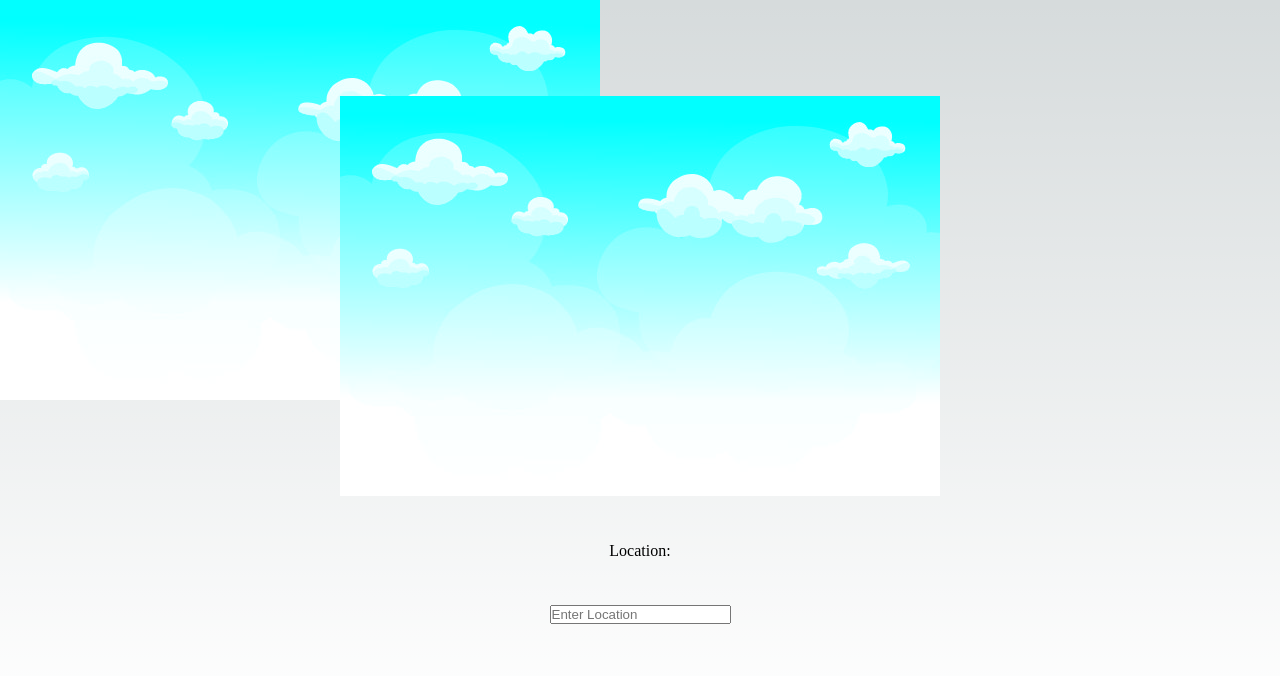
Repository: shaelorch/weather
Page: /
An editor plug-in stored every save of this project. The page is shown before and after the next save, followed by the edit.
The browser window is 1280 px wide. The pictures show the whole page.
The project was rebuilt for these pictures with package versions that can differ from the ones it lists, and the page was loaded fresh each time. The framework's server and built-in components were replaced by stand-ins that run in the browser. Also part of the build but not shown: next.config.js.

Above is the page before, as saved 2023-01-17 11:45:42.

### pages/index.js
import Head from 'next/head'
import Image from 'next/image'
import { Inter } from '@next/font/google'
import styles from '@/styles/Home.module.css'
import axios from 'axios'
import { useState } from 'react';

const inter = Inter({ subsets: ['latin'] })



export default function Home() {
  const [location, setLocation] = useState('');
  const [data, setData] = useState({});
  const [weather, setWeather] = useState();
  const [errorMessage, setErrorMessage] = useState("");

  var apiKey = "5bb65e5dcdd88d96c09dd61a44557240";
  var lang = "fr";
  var units = "metric";
  const url = `https://api.openweathermap.org/data/2.5/weather?q=${location}&units=${units}&appid=${apiKey}&lang=${lang}`

  const searchLocation = (event) => {
    if(event.key === "Enter") {
      axios.get(url)
      .then((response) => {
        console.clear();
        setData(response.data);
        console.log(response.data);
        setWeather(response.data.weather);
        setErrorMessage("");
      }).catch(err => {
        console.log(err);
        setErrorMessage("Please enter another location");
        setData({});
        setWeather()
      })
      setLocation('')
  }}

  return <main className={styles.main}>

    <img styles={styles.background} src="/clouds.jpg"/>
    <div>
      <p>Location:</p>
      {data.name}
    </div>

    <input
    value={location}
    onChange={event => setLocation(event.target.value)}
    placeholder="Enter Location"
    onKeyDown={searchLocation}
    type="text"
    />

    {
      weather && weather.map((w, index)=> {
        return(
          <div key={index}>
            <div>{w.description}</div>
            <div>{w.main}</div>
            {data.main.temp} &deg;C
            <p>Feels Like:</p>
            {data.main.feels_like} &deg;C
            </div>










        )
      })
    }

  </main>



}

### styles/Home.module.css
.main {
  display: flex;
  flex-direction: column;
  justify-content: space-between;
  align-items: center;
  padding: 6rem;
  min-height: 100vh;
  background-image: url("/clouds.jpg");
  background-repeat: no-repeat;

}


.description {
  display: inherit;
  justify-content: inherit;
  align-items: inherit;
  font-size: 0.85rem;
  max-width: var(--max-width);
  width: 100%;
  z-index: 2;
  font-family: var(--font-mono);
}

.description a {
  display: flex;
  justify-content: center;
  align-items: center;
  gap: 0.5rem;
}

.description p {
  position: relative;
  margin: 0;
  padding: 1rem;
  background-color: rgba(var(--callout-rgb), 0.5);
  border: 1px solid rgba(var(--callout-border-rgb), 0.3);
  border-radius: var(--border-radius);
}

.code {
  font-weight: 700;
  font-family: var(--font-mono);
}

.grid {
  display: grid;
  grid-template-columns: repeat(4, minmax(25%, auto));
  width: var(--max-width);
  max-width: 100%;
}

.card {
  padding: 1rem 1.2rem;
  border-radius: var(--border-radius);
  background: rgba(var(--card-rgb), 0);
  border: 1px solid rgba(var(--card-border-rgb), 0);
  transition: background 200ms, border 200ms;
}

.card span {
  display: inline-block;
  transition: transform 200ms;
}

.card h2 {
  font-weight: 600;
  margin-bottom: 0.7rem;
}

.card p {
  margin: 0;
  opacity: 0.6;
  font-size: 0.9rem;
  line-height: 1.5;
  max-width: 30ch;
}

.center {
  display: flex;
  justify-content: center;
  align-items: center;
  position: relative;
  padding: 4rem 0;
}

.center::before {
  background: var(--secondary-glow);
  border-radius: 50%;
  width: 480px;
  height: 360px;
  margin-left: -400px;
}

.center::after {
  background: var(--primary-glow);
  width: 240px;
  height: 180px;
  z-index: -1;
}

.center::before,
.center::after {
  content: '';
  left: 50%;
  position: absolute;
  filter: blur(45px);
  transform: translateZ(0);
}

.logo,
.thirteen {
  position: relative;
}

.thirteen {
  display: flex;
  justify-content: center;
  align-items: center;
  width: 75px;
  height: 75px;
  padding: 25px 10px;
  margin-left: 16px;
  transform: translateZ(0);
  border-radius: var(--border-radius);
  overflow: hidden;
  box-shadow: 0px 2px 8px -1px #0000001a;
}

.thirteen::before,
.thirteen::after {
  content: '';
  position: absolute;
  z-index: -1;
}

/* Conic Gradient Animation */
.thirteen::before {
  animation: 6s rotate linear infinite;
  width: 200%;
  height: 200%;
  background: var(--tile-border);
}

/* Inner Square */
.thirteen::after {
  inset: 0;
  padding: 1px;
  border-radius: var(--border-radius);
  background: linear-gradient(
    to bottom right,
    rgba(var(--tile-start-rgb), 1),
    rgba(var(--tile-end-rgb), 1)
  );
  background-clip: content-box;
}

/* Enable hover only on non-touch devices */
@media (hover: hover) and (pointer: fine) {
  .card:hover {
    background: rgba(var(--card-rgb), 0.1);
    border: 1px solid rgba(var(--card-border-rgb), 0.15);
  }

  .card:hover span {
    transform: translateX(4px);
  }
}

@media (prefers-reduced-motion) {
  .thirteen::before {
    animation: none;
  }

  .card:hover span {
    transform: none;
  }
}

/* Mobile */
@media (max-width: 700px) {
  .content {
    padding: 4rem;
  }

  .grid {
    grid-template-columns: 1fr;
    margin-bottom: 120px;
    max-width: 320px;
    text-align: center;
  }

  .card {
    padding: 1rem 2.5rem;
  }

  .card h2 {
    margin-bottom: 0.5rem;
  }

  .center {
    padding: 8rem 0 6rem;
  }

  .center::before {
    transform: none;
    height: 300px;
  }

  .description {
    font-size: 0.8rem;
  }

  .description a {
    padding: 1rem;
  }

  .description p,
  .description div {
    display: flex;
    justify-content: center;
    position: fixed;
    width: 100%;
  }

  .description p {
    align-items: center;
    inset: 0 0 auto;
    padding: 2rem 1rem 1.4rem;
    border-radius: 0;
    border: none;
    border-bottom: 1px solid rgba(var(--callout-border-rgb), 0.25);
    background: linear-gradient(
      to bottom,
      rgba(var(--background-start-rgb), 1),
      rgba(var(--callout-rgb), 0.5)
    );
    background-clip: padding-box;
    backdrop-filter: blur(24px);
  }

  .description div {
    align-items: flex-end;
    pointer-events: none;
    inset: auto 0 0;
    padding: 2rem;
    height: 200px;
    background: linear-gradient(
      to bottom,
      transparent 0%,
      rgb(var(--background-end-rgb)) 40%
    );
    z-index: 1;
  }
}

/* Tablet and Smaller Desktop */
@media (min-width: 701px) and (max-width: 1120px) {
  .grid {
    grid-template-columns: repeat(2, 50%);
  }
}

@media (prefers-color-scheme: dark) {
  .vercelLogo {
    filter: invert(1);
  }

  .logo,
  .thirteen img {
    filter: invert(1) drop-shadow(0 0 0.3rem #ffffff70);
  }
}

@keyframes rotate {
  from {
    transform: rotate(360deg);
  }
  to {
    transform: rotate(0deg);
  }
}

Loaded but not shown: pages/_app.js (common file); pages/_document.js (common file); styles/globals.css (common file)

After the next save:
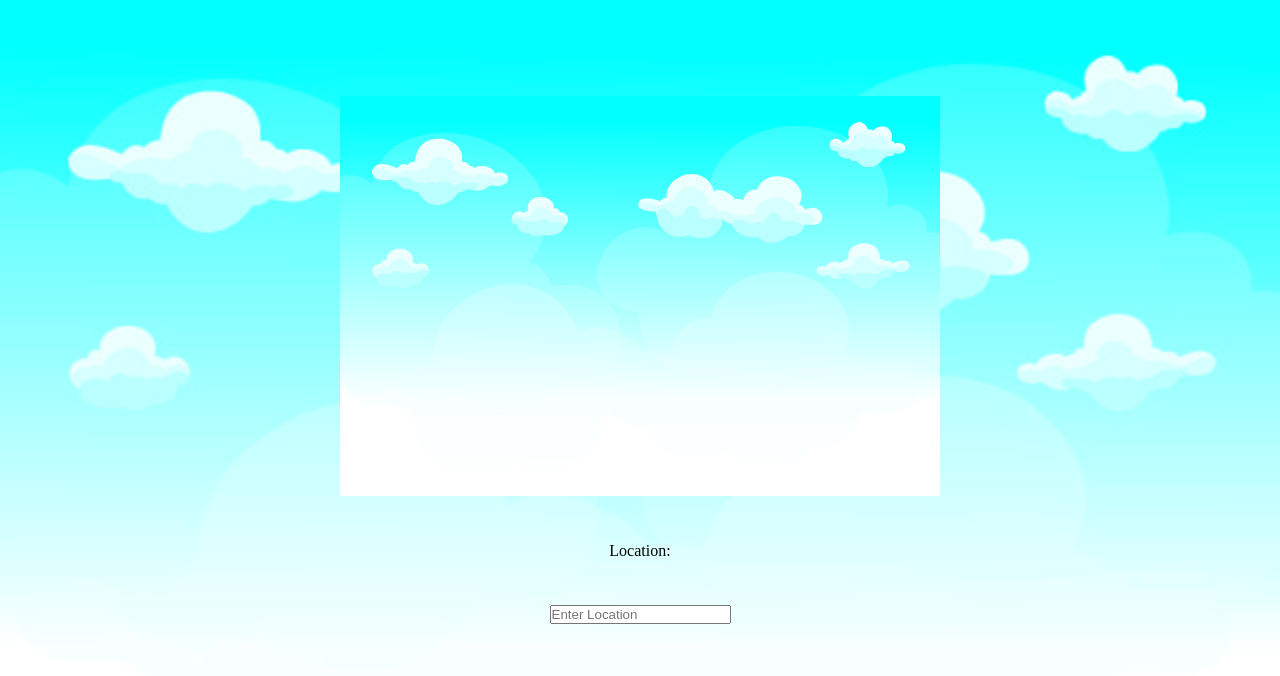
Saved 26 s later.
--- a/styles/Home.module.css
+++ b/styles/Home.module.css
@@ -7,7 +7,7 @@
   min-height: 100vh;
   background-image: url("/clouds.jpg");
   background-repeat: no-repeat;
-
+  background-size: cover;
 }
 
 
